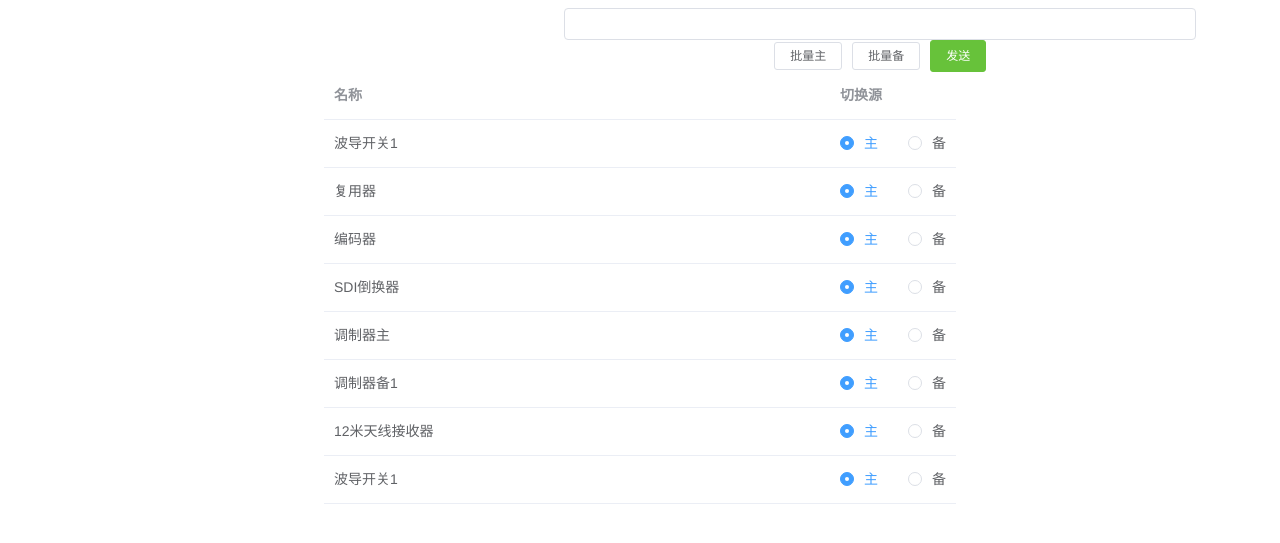
Repository: faintout/BHMQTTSendTool
Page: /
An editor plug-in stored every save of this project. The page is shown before and after the next save, followed by the edit.
The browser window is 1280 px wide. The pictures show the whole page.
The project was rebuilt for these pictures with package versions that can differ from the ones it lists, and the page was loaded fresh each time. Also part of the build but not shown: vue.config.js.

Above is the page before, as saved 2020-08-26 15:27:37.

After the next save:
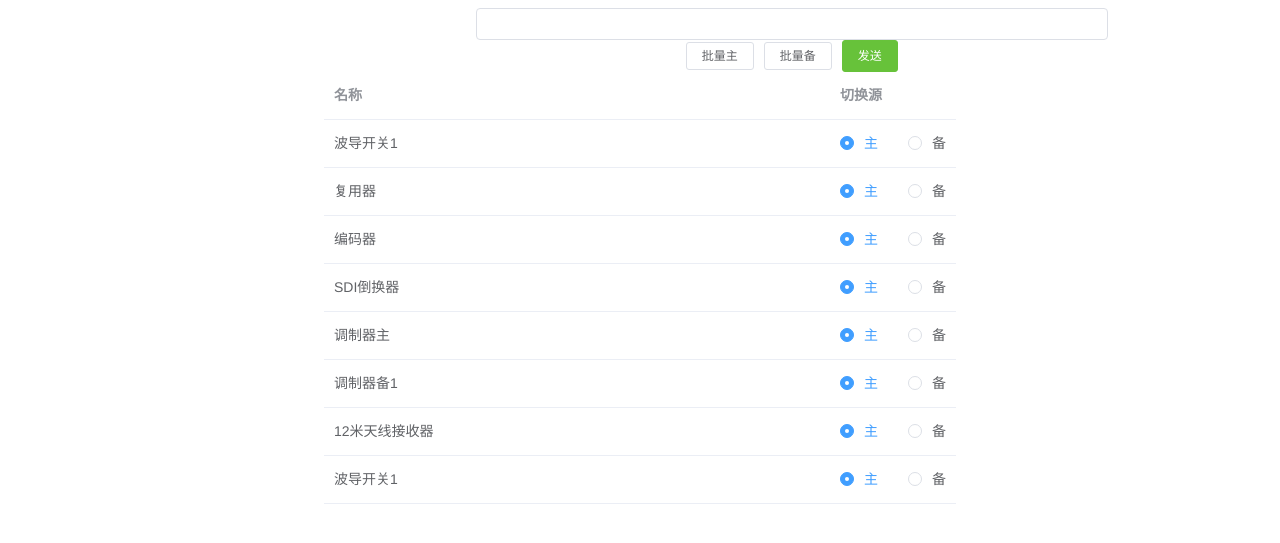
Saved 8 s later.
--- a/src/views/Home.vue
+++ b/src/views/Home.vue
@@ -2,7 +2,7 @@
     <div class="content">
         <title></title>
         <!-- 按钮模块 -->
-        <div style="position: relative;left: calc(50% - 6%);width: 50%;">
+        <div style="position: relative;left: calc(50% - 13%);width: 50%;">
             <el-input style="display:inline-block"  size="small" v-model="IPlocal"></el-input>
             <el-button size="mini" @click="batch(0)">批量主</el-button>
             <el-button size="mini" @click="batch(1)">批量备</el-button>
